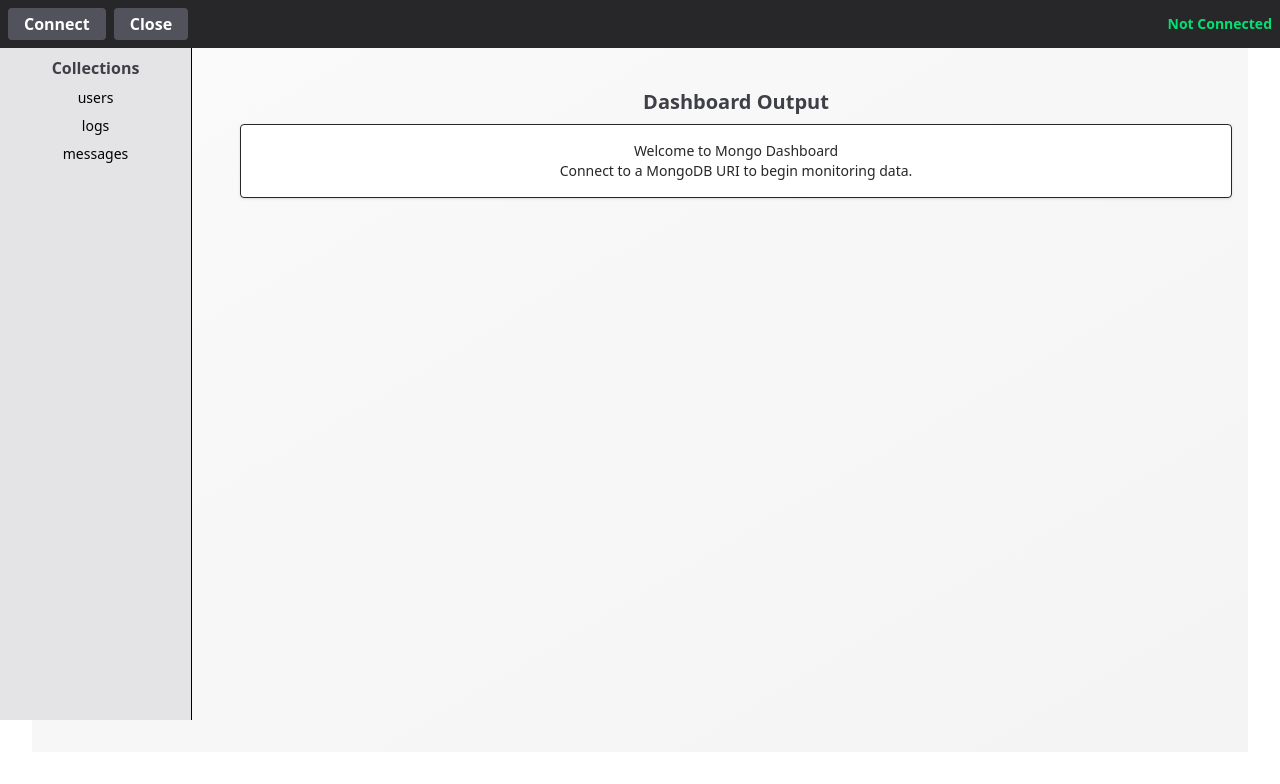
Repository: aryan151pratap/Dashboard
Page: / (app in frontened/)
The author's editor kept a copy of each file at every save. The page is drawn from the files as they stood at one save, then again after the next save.
The browser window is 1280 px wide. The pictures show the whole page.
The project was rebuilt for these pictures with package versions that can differ from the ones it lists, and the page was loaded fresh each time. Also part of the build but not shown: frontened/vite.config.js, frontened/src/component/connect.jsx.

Above is the page before, as saved 2025-06-24 13:46:02.

After the next save:
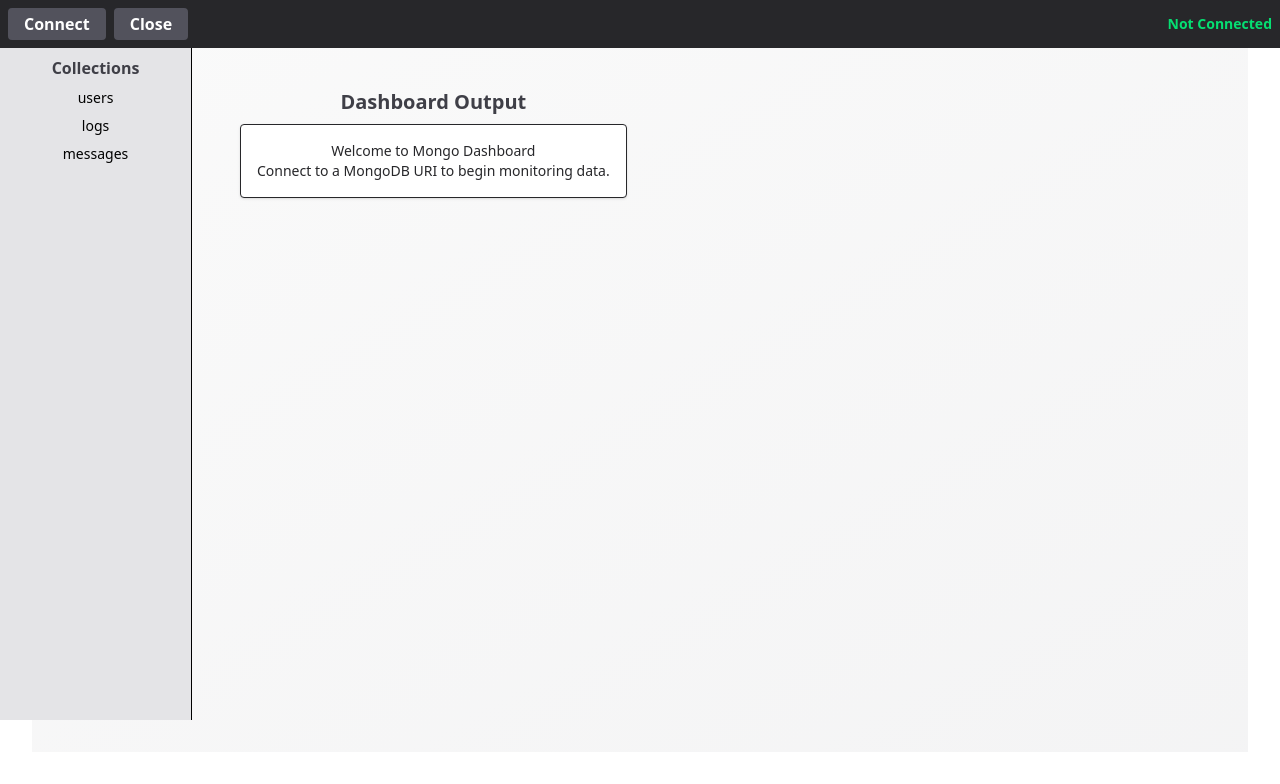
Saved 7 s later.
--- a/frontened/src/component/bar.jsx
+++ b/frontened/src/component/bar.jsx
@@ -27,7 +27,7 @@
 			</p>
 		</div>
 
-		<div>
+		<div className="flex ">
 			<div className="h-screen pt-12 w-48 bg-zinc-200 fixed left-0 top-0 border-r">
 				<p className="text-center font-bold p-2 text-zinc-700">Collections</p>
 				<ul className="px-4 text-sm space-y-2">

After the save that followed:
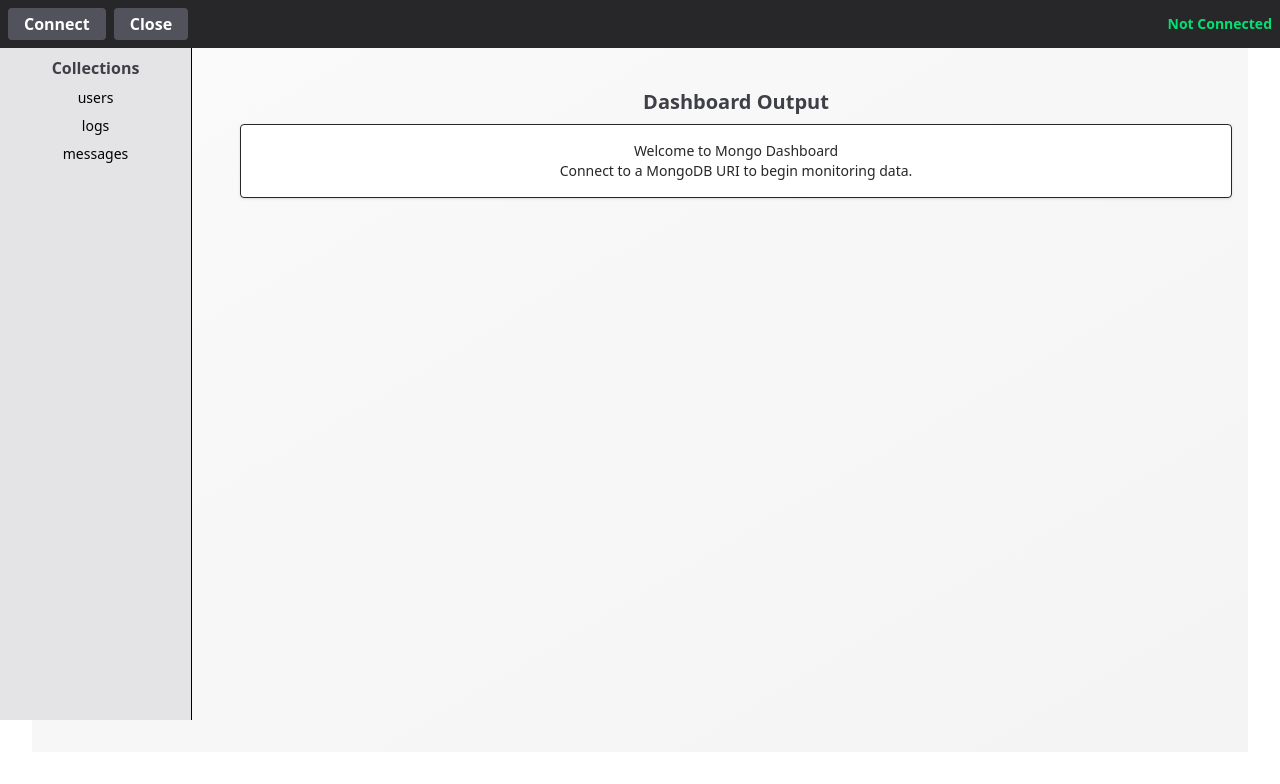
Saved 6 s later.
--- a/frontened/src/component/bar.jsx
+++ b/frontened/src/component/bar.jsx
@@ -27,7 +27,7 @@
 			</p>
 		</div>
 
-		<div className="flex ">
+		<div className="f">
 			<div className="h-screen pt-12 w-48 bg-zinc-200 fixed left-0 top-0 border-r">
 				<p className="text-center font-bold p-2 text-zinc-700">Collections</p>
 				<ul className="px-4 text-sm space-y-2">
